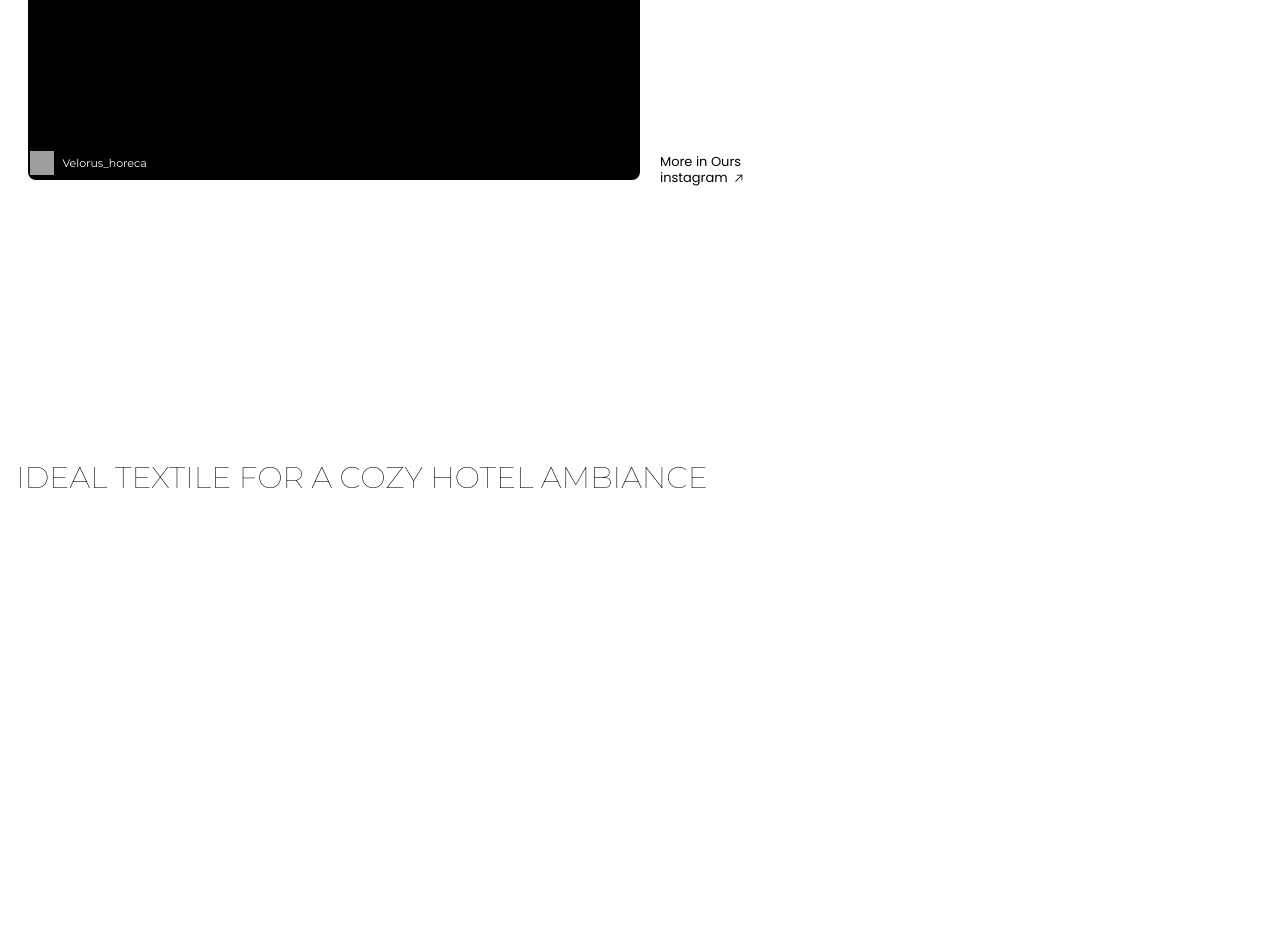
Repository: nikhilsinghrathore1/Shery_02
Page: /
These files come from the project's save history. The page is drawn as it stood at one moment and after a run of saves; the edit follows.
The browser window is 1280 px wide. The pictures show the part of the page from y = 3289 to 4241 px (the page is 5544 px tall).
Pictures or frames that could not be fetched are drawn as grey boxes. The project was rebuilt for these pictures with package versions that can differ from the ones it lists, and the page was loaded fresh each time. Also part of the build but not shown: vite.config.js.

Above is the page before, as saved 2024-07-18 03:04:48.

After the next 2 saves:
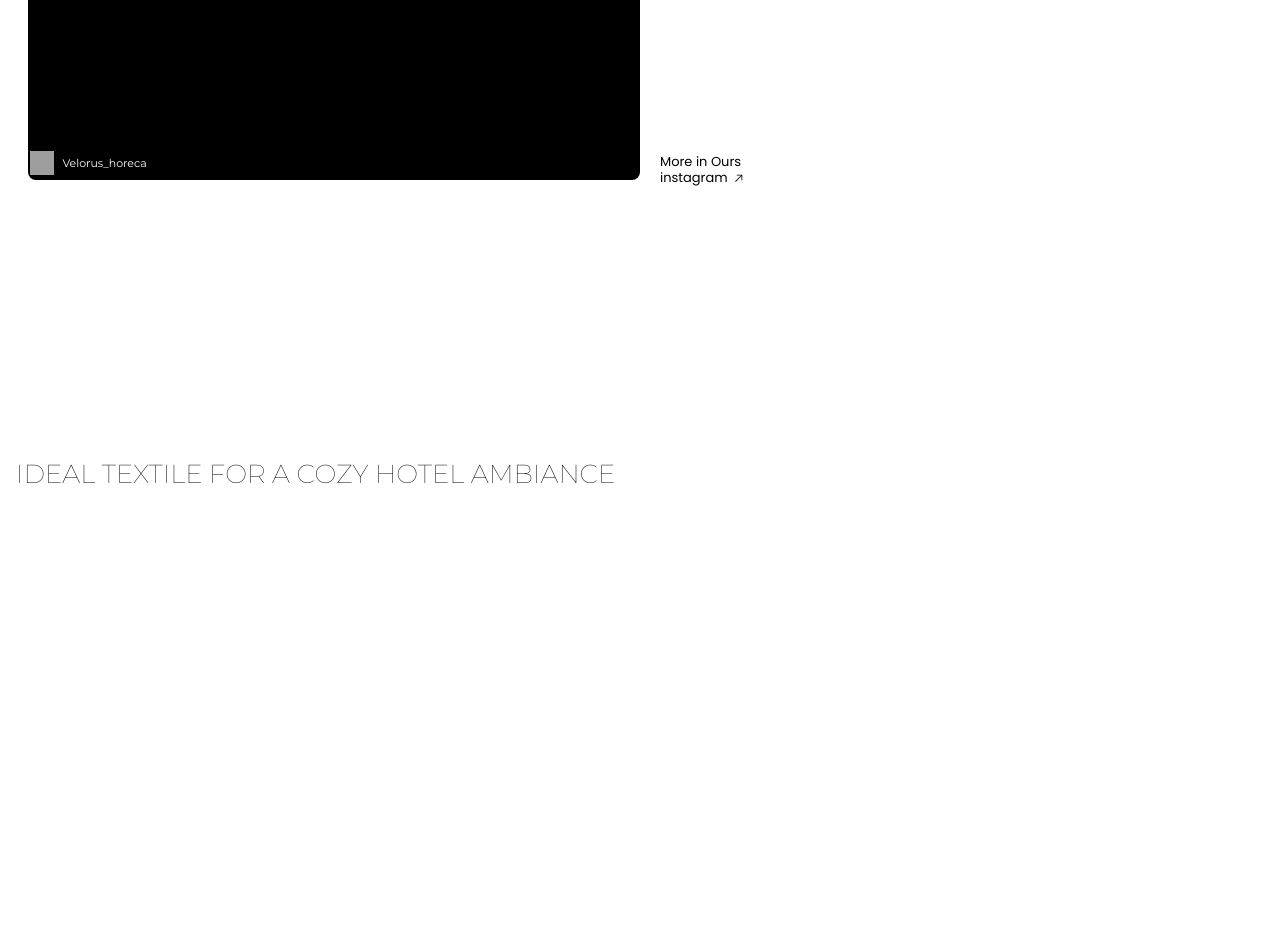
The 2 saves are shown as one change because they came seconds apart.
The last was saved 12 s later.
--- a/src/pages/Landing.jsx
+++ b/src/pages/Landing.jsx
@@ -55,7 +55,7 @@ const Landing = () => {
                </div>
 
                <div className='w-full h-[250vh] px-4'>
-                              <div className='w-full uppercase text-[30px] f4 '>
+                              <div className='w-full uppercase text-[26px] f4 '>
                                              <p>ideal textile for a cozy hotel ambiance</p>
                               </div>
                </div>
